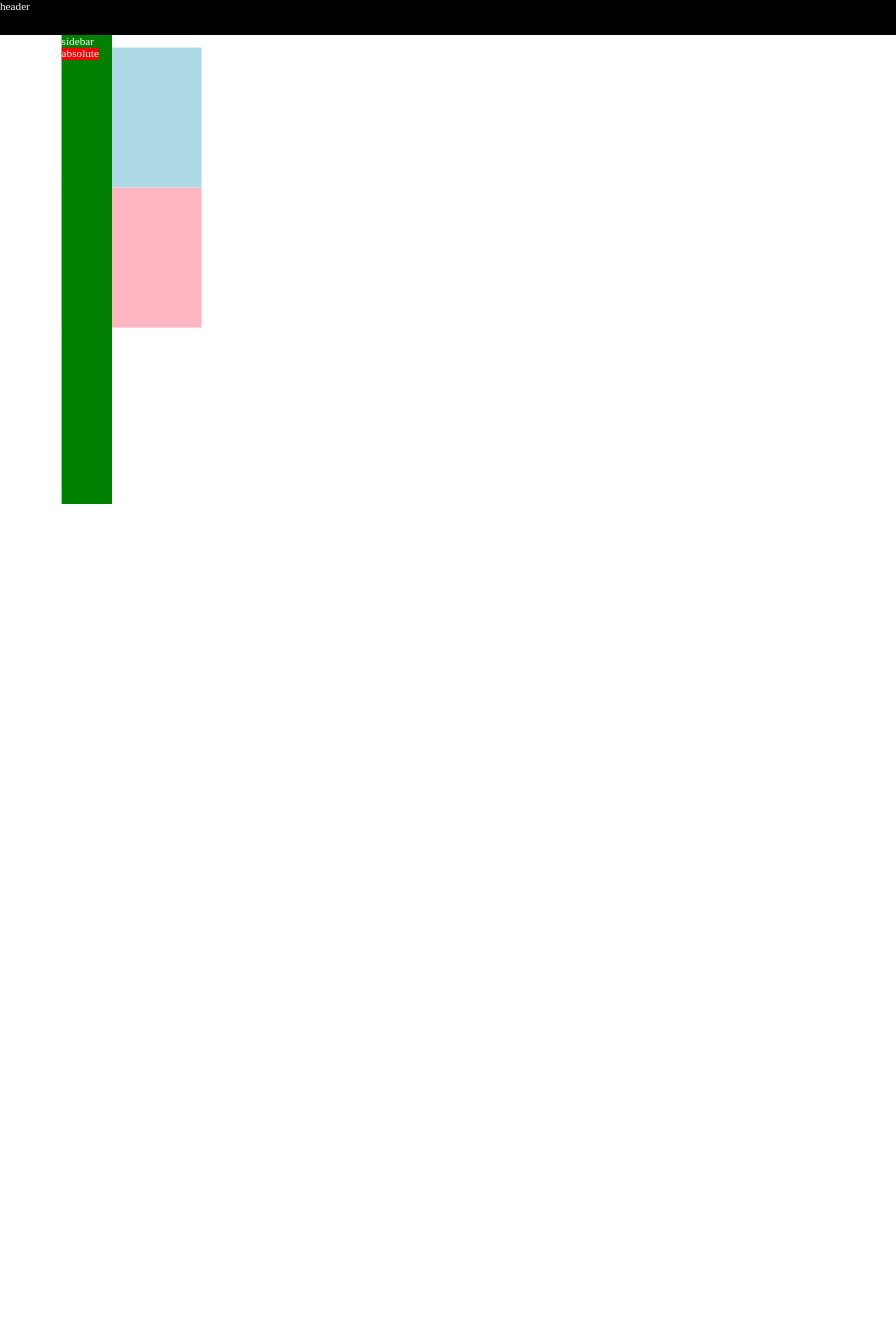
Repository: idahcarts-ux/html-css
Page: position.html
The author's editor kept a copy of each file at every save. The page is drawn from the files as they stood at one save, then again after the next save.
The browser window is 1280 px wide. The pictures show the part of the page from y = 0 to 1920 px (the page is 3076 px tall), at 70% of full size.

Above is the page before, as saved 2025-11-19 19:07:41.

After the next save:
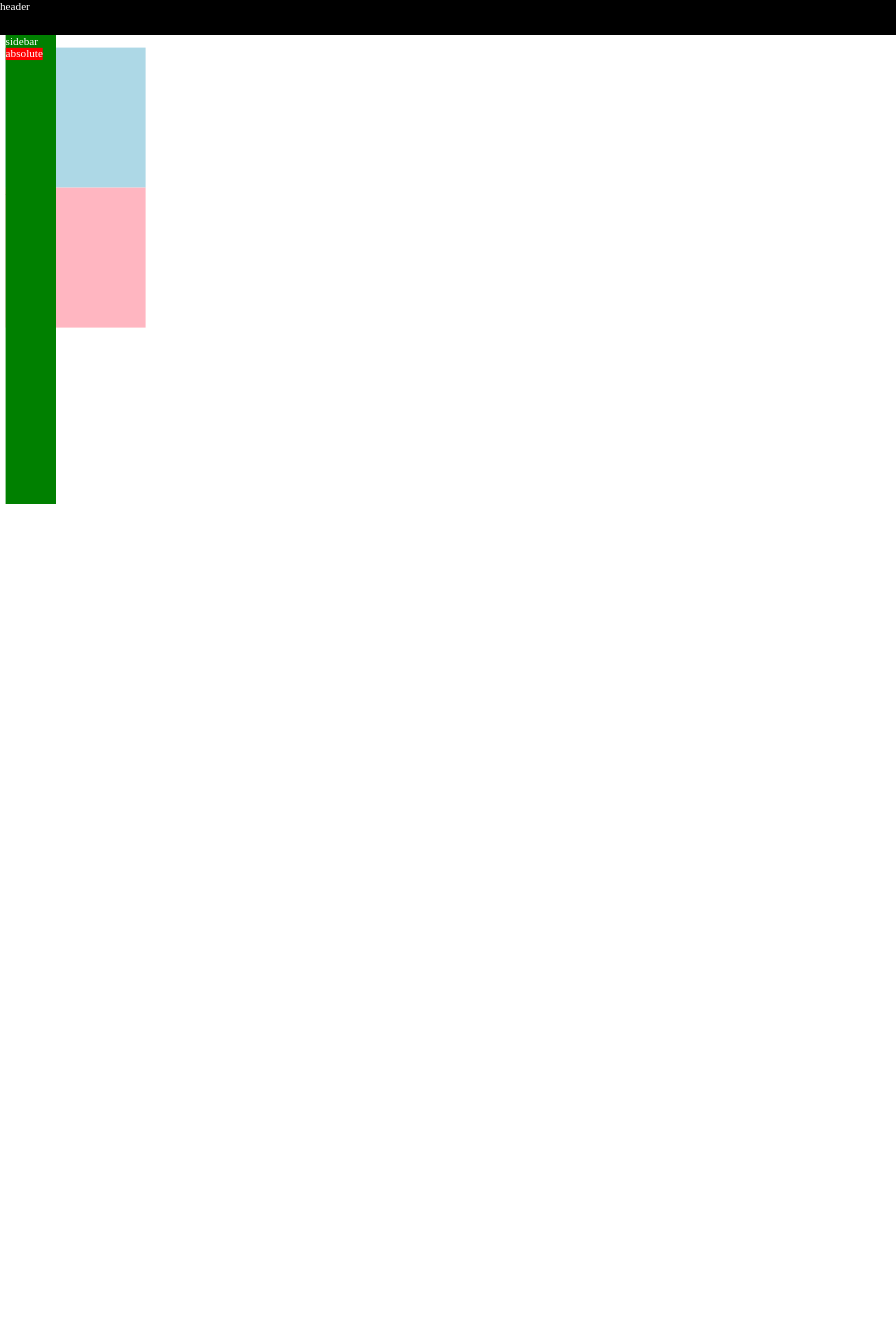
Saved 22 s later.
--- a/position.html
+++ b/position.html
@@ -6,7 +6,7 @@
   <body style="
    height:3000px;
    padding-top: 60px;
-   padding-left: 80px;
+   padding-: 80px;
    ">
   <div style="
     background-color: black;

After the 3 saves that followed:
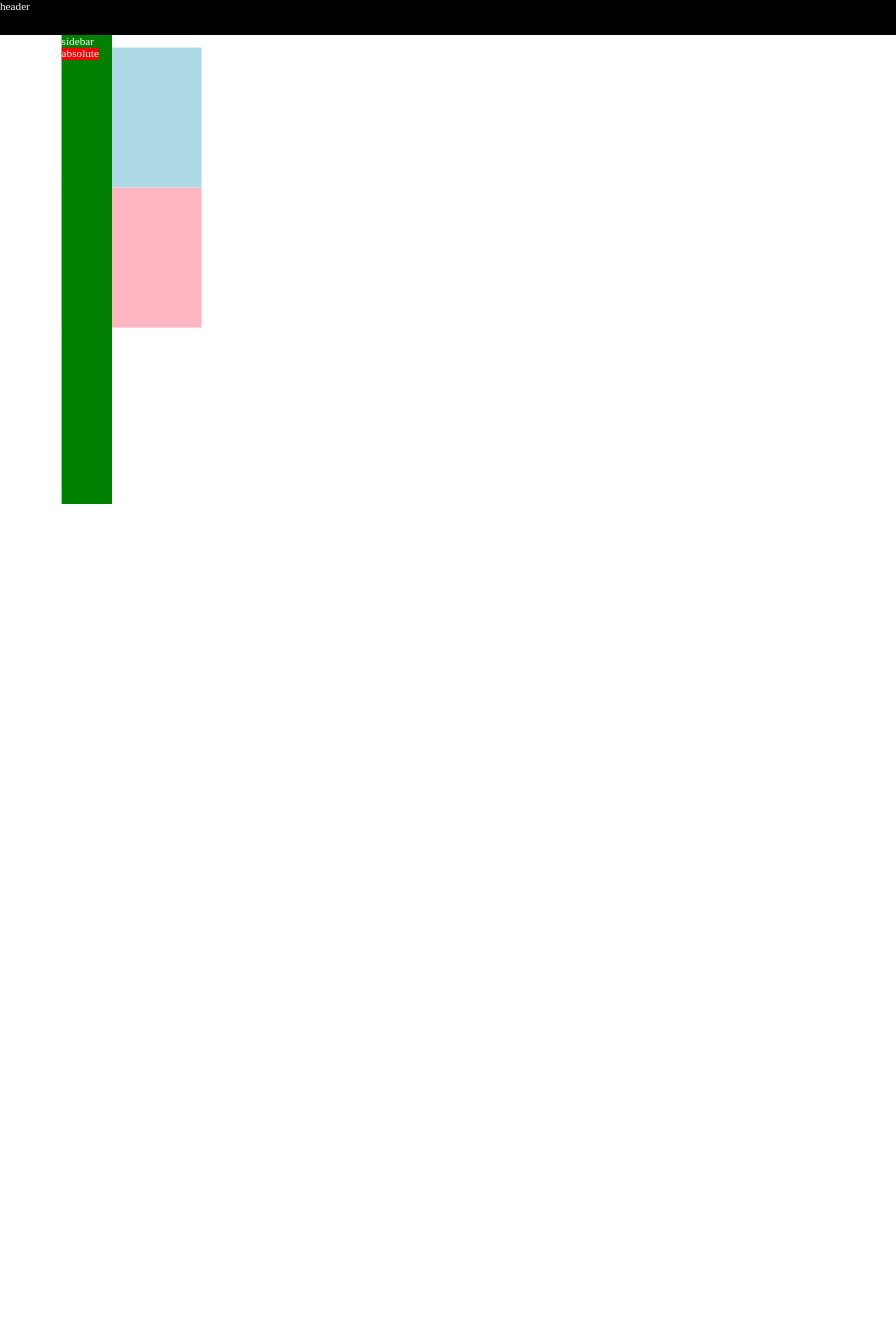
The 3 saves are shown as one change because 1 left the picture as it was and some came seconds apart.
The last was saved 16 s later.
--- a/position.html
+++ b/position.html
@@ -6,7 +6,7 @@
   <body style="
    height:3000px;
    padding-top: 60px;
-   padding-: 80px;
+   padding-left: 80px;
    ">
   <div style="
     background-color: black;
